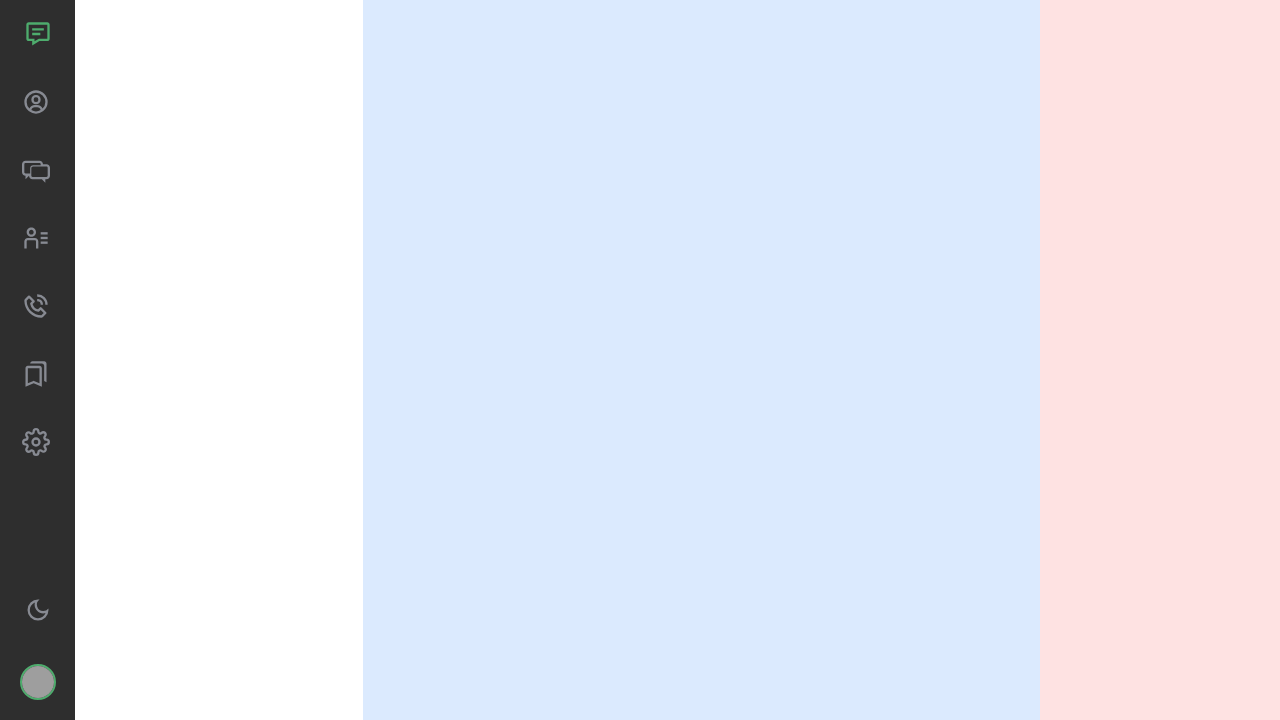
Repository: satya-ranjon/Chat-app
Page: /
These files come from the project's save history. The page is drawn as it stood at one moment and after the next save; the edit follows.
The browser window is 1280 px wide. The pictures show the whole page.
Pictures or frames that could not be fetched are drawn as grey boxes. The project was rebuilt for these pictures with package versions that can differ from the ones it lists, and the page was loaded fresh each time.

Above is the page before, as saved 2022-03-31 04:04:27.

After the next save:
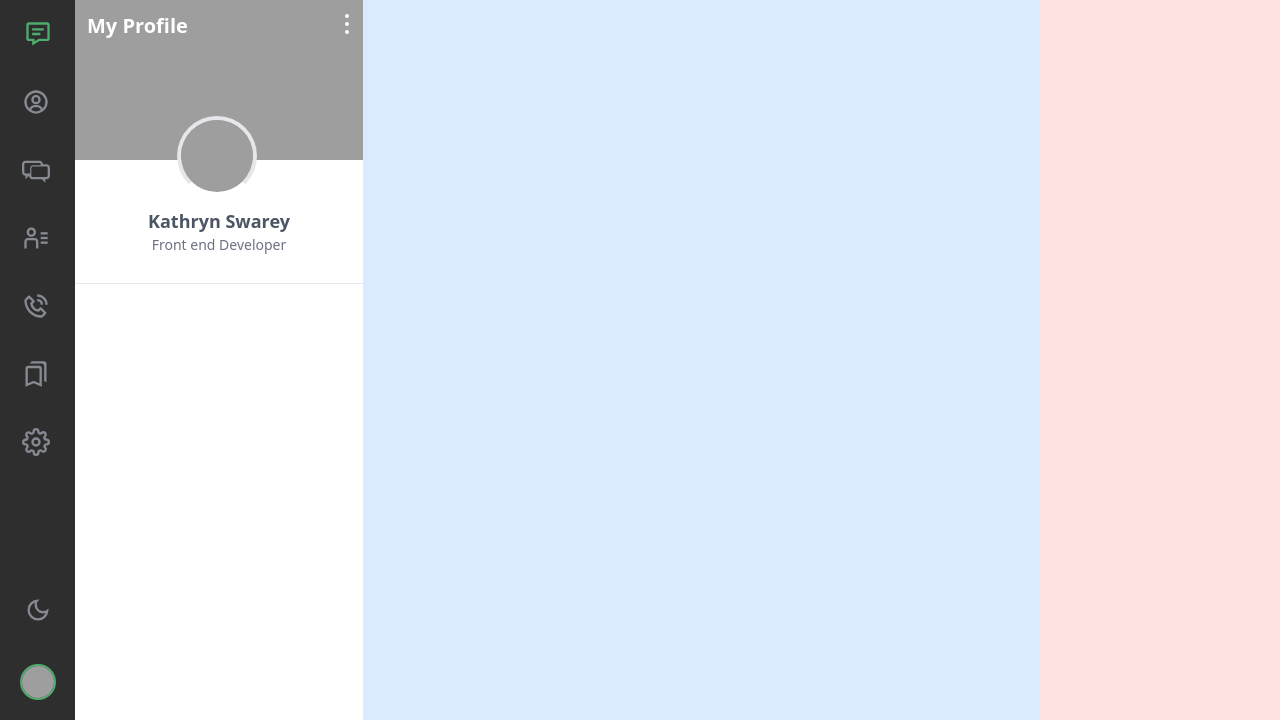
Saved 16 s later.
--- a/src/components/MyProfile/MyProfile.jsx
+++ b/src/components/MyProfile/MyProfile.jsx
@@ -1,5 +1,10 @@
 import React from "react";
+import ProfileHader from "./ProfileHader";
 
 export default function MyProfile() {
-  return <div className="sm:w-72 h-screen w-40 "></div>;
+  return (
+    <div className="sm:w-72 h-screen w-40 ">
+      <ProfileHader />
+    </div>
+  );
 }
